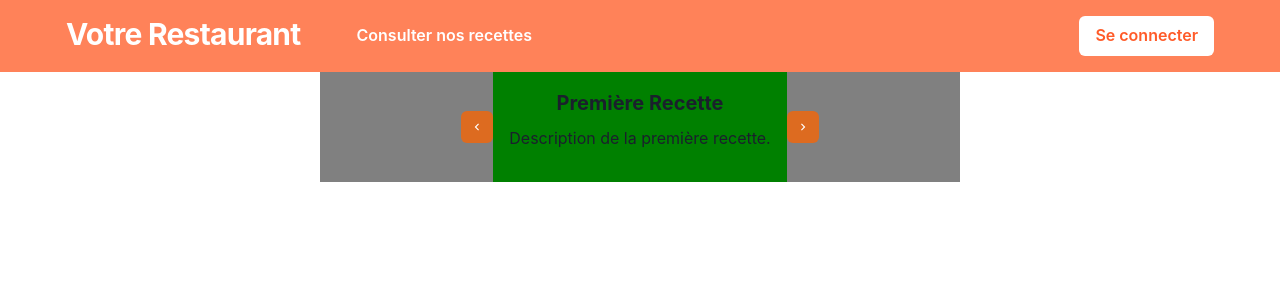
Repository: Ecaron76/tp-restau-next
Page: /
These files come from the project's save history. The page is drawn as it stood at one moment and after a run of saves; the edit follows.
The browser window is 1280 px wide. The pictures show the whole page.
The project was rebuilt for these pictures with package versions that can differ from the ones it lists, and the page was loaded fresh each time. The framework's server and built-in components were replaced by stand-ins that run in the browser. Also part of the build but not shown: next.config.mjs.

Above is the page before, as saved 2024-02-25 18:52:57.

### src/app/layout.tsx
'use client'

import { Inter } from "next/font/google";
import "./globals.css";
import { ChakraProvider, extendTheme  } from '@chakra-ui/react'
import Header from "@/components/Header/Header";
const theme = extendTheme({
  colors: {
    brand: {
      50: '#ffeee6',
      100: '#ffc7b7',
      200: '#ffa788',
      300: '#ff8259',
      400: '#ff5b29',
      500: '#ff3300',
      600: '#cc2900',
      700: '#991f00',
      800: '#661600',
      900: '#330c00',
    },
  },
});



export function Providers({ children }: { children: React.ReactNode }) {
  return <ChakraProvider theme={theme}>{children}</ChakraProvider>
}

export default function RootLayout({
  children,
}: Readonly<{
  children: React.ReactNode;
}>) {
  return (
    <html lang="en">
      <body>
        <Providers>{children}</Providers>
      </body>
    </html>
  );
}

### src/app/page.tsx
"use client"
import Image from "next/image";

import Header from "@/components/Header/Header";
import PageContainer from "@/components/PageContainer/PageContainer";
import SliderResto from "@/components/SliderResto/SliderResto";
import Slider from "react-slick";
import { Box } from "@chakra-ui/react";
const settings = {
  dots: true,
  infinite: true,
  speed: 500,
  slidesToShow: 1,
  slidesToScroll: 1,
};
export default function Home() {
  return (
    <main >
      <Header />
      <PageContainer>
        <SliderResto />
      </PageContainer>
    </main>
  );
}

### src/app/globals.css
:root {
  --max-width: 1100px;
  --border-radius: 12px;
  --font-mono: ui-monospace, Menlo, Monaco, "Cascadia Mono", "Segoe UI Mono",
    "Roboto Mono", "Oxygen Mono", "Ubuntu Monospace", "Source Code Pro",
    "Fira Mono", "Droid Sans Mono", "Courier New", monospace;

  --foreground-rgb: 0, 0, 0;
  --background-start-rgb: 214, 219, 220;
  --background-end-rgb: 255, 255, 255;

  --primary-glow: conic-gradient(
    from 180deg at 50% 50%,
    #16abff33 0deg,
    #0885ff33 55deg,
    #54d6ff33 120deg,
    #0071ff33 160deg,
    transparent 360deg
  );
  --secondary-glow: radial-gradient(
    rgba(255, 255, 255, 1),
    rgba(255, 255, 255, 0)
  );

  --tile-start-rgb: 239, 245, 249;
  --tile-end-rgb: 228, 232, 233;
  --tile-border: conic-gradient(
    #00000080,
    #00000040,
    #00000030,
    #00000020,
    #00000010,
    #00000010,
    #00000080
  );

  --callout-rgb: 238, 240, 241;
  --callout-border-rgb: 172, 175, 176;
  --card-rgb: 180, 185, 188;
  --card-border-rgb: 131, 134, 135;
}

@media (prefers-color-scheme: dark) {
  :root {
    --foreground-rgb: 255, 255, 255;
    --background-start-rgb: 0, 0, 0;
    --background-end-rgb: 0, 0, 0;

    --primary-glow: radial-gradient(rgba(1, 65, 255, 0.4), rgba(1, 65, 255, 0));
    --secondary-glow: linear-gradient(
      to bottom right,
      rgba(1, 65, 255, 0),
      rgba(1, 65, 255, 0),
      rgba(1, 65, 255, 0.3)
    );

    --tile-start-rgb: 2, 13, 46;
    --tile-end-rgb: 2, 5, 19;
    --tile-border: conic-gradient(
      #ffffff80,
      #ffffff40,
      #ffffff30,
      #ffffff20,
      #ffffff10,
      #ffffff10,
      #ffffff80
    );

    --callout-rgb: 20, 20, 20;
    --callout-border-rgb: 108, 108, 108;
    --card-rgb: 100, 100, 100;
    --card-border-rgb: 200, 200, 200;
  }
}

* {
  box-sizing: border-box;
  padding: 0;
  margin: 0;
}

html,
body {

  overflow-x: hidden;
}

body {
  color: rgb(var(--foreground-rgb));
  background: linear-gradient(
      to bottom,
      transparent,
      rgb(var(--background-end-rgb))
    )
    rgb(var(--background-start-rgb));
}

a {
  color: inherit;
  text-decoration: none;
}

@media (prefers-color-scheme: dark) {
  html {
    color-scheme: dark;
  }
}

### src/components/Header/Header.tsx
import { Box, Flex, Heading, Spacer, Button } from '@chakra-ui/react';
import NextLink from 'next/link'; // Pour gérer la navigation entre les pages

const Header = () => {
  return (
    <Box bg="brand.300" p={4} color="white">
      <Flex alignItems="center" maxW="100%" marginLeft={'50px'} marginRight={'50px'} justifyContent='space-between'>
        {/* Logo ou Nom du restaurant */}
        <Box display={'flex'} gap={10}>
        <Heading as="h1" size="lg" letterSpacing="tight">
          <NextLink href="/" passHref>
              Votre Restaurant
          </NextLink>
        </Heading>
        <Box>
          <NextLink href="/recettes" passHref>
            <Button  variant="ghost" color={'white'}>
              Consulter nos recettes
            </Button>
          </NextLink>
        </Box>
        </Box>
        <Box>
          <NextLink href="/login" passHref>
            <Button  variant="ghost" color={'brand.400'} bg={'white'}>
              Se connecter
            </Button>
          </NextLink>
        </Box>
      </Flex>
    </Box>
  );
};

export default Header;

### src/components/PageContainer/PageContainer.tsx
import { Box } from "@chakra-ui/react";

export default function PageContainer({children}: {children: React.ReactNode}) {
    return (
      <Box marginRight={'25%'}marginLeft={'25%'} bg="grey">
        {children}
      </Box>
    )
  }

### src/components/SliderResto/SliderResto.tsx
import { ChevronLeftIcon, ChevronRightIcon } from "@chakra-ui/icons";
import { Box, Button, IconButton, Text } from "@chakra-ui/react";
import { useState } from "react";

export default function SliderResto() {
    const [currentSlide, setCurrentSlide] = useState(0);
    const slides = [
        { id: 1, title: 'Première Recette', description: 'Description de la première recette.' },
        { id: 2, title: 'Deuxième Recette', description: 'Description de la deuxième recette.' },
        { id: 3, title: 'Troisième Recette', description: 'Description de la troisième recette.' },
      ];

      const goToNextSlide = () => {
        setCurrentSlide((prevSlide: number) => (prevSlide + 1) % slides.length);
      };

      const goToPrevSlide = () => {
        setCurrentSlide((prevSlide: number) => (prevSlide - 1 + slides.length) % slides.length);
      };
  return (
    <Box display={'flex'} justifyContent={'center'} alignItems={'center'}>
        <IconButton
          onClick={goToPrevSlide}
          icon={<ChevronLeftIcon />}
          colorScheme="orange"
          size="sm"
          aria-label="Précédent"
        />
    <Box position="relative" textAlign="center" p={4} bg={'green'}>
      <Text fontSize="xl" fontWeight="bold" mb={2}>
        {slides[currentSlide].title}
      </Text>
      <Text fontSize="md" mb={4}>
        {slides[currentSlide].description}
      </Text>
      <Box position="absolute" bottom="0" left="50%" transform="translateX(-50%)">


      </Box>
    </Box>
    <IconButton
          onClick={goToNextSlide}
          icon={<ChevronRightIcon />}
          colorScheme="orange"
          size="sm"
          aria-label="Suivant"
        />
    </Box>
  );
}

After the next 2 saves:
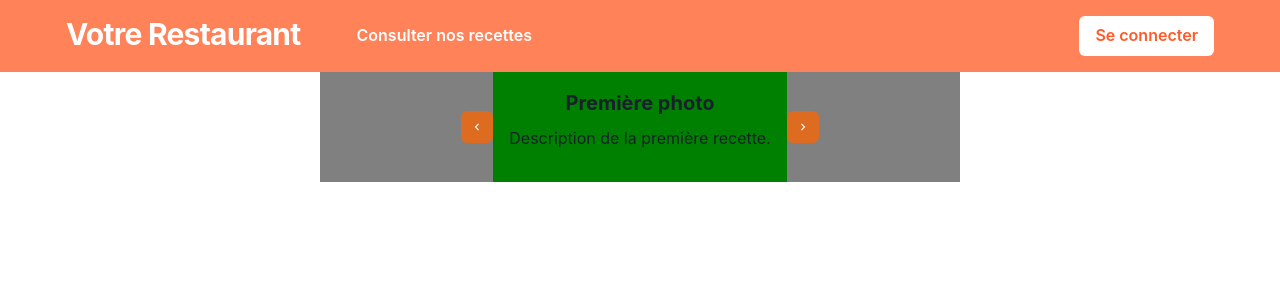
The 2 saves are shown as one change because they came seconds apart.
The last was saved 29 s later.
--- a/src/components/SliderResto/SliderResto.tsx
+++ b/src/components/SliderResto/SliderResto.tsx
@@ -5,9 +5,9 @@ import { useState } from "react";
 export default function SliderResto() {
     const [currentSlide, setCurrentSlide] = useState(0);
     const slides = [
-        { id: 1, title: 'Première Recette', description: 'Description de la première recette.' },
-        { id: 2, title: 'Deuxième Recette', description: 'Description de la deuxième recette.' },
-        { id: 3, title: 'Troisième Recette', description: 'Description de la troisième recette.' },
+        { id: 1, title: 'Première photo', description: 'Description de la première recette.' },
+        { id: 2, title: 'Deuxième photo', description: 'Description de la deuxième recette.' },
+        { id: 3, title: 'Troisième photo', description: 'Description de la troisième recette.' },
       ];
 
       const goToNextSlide = () => {
